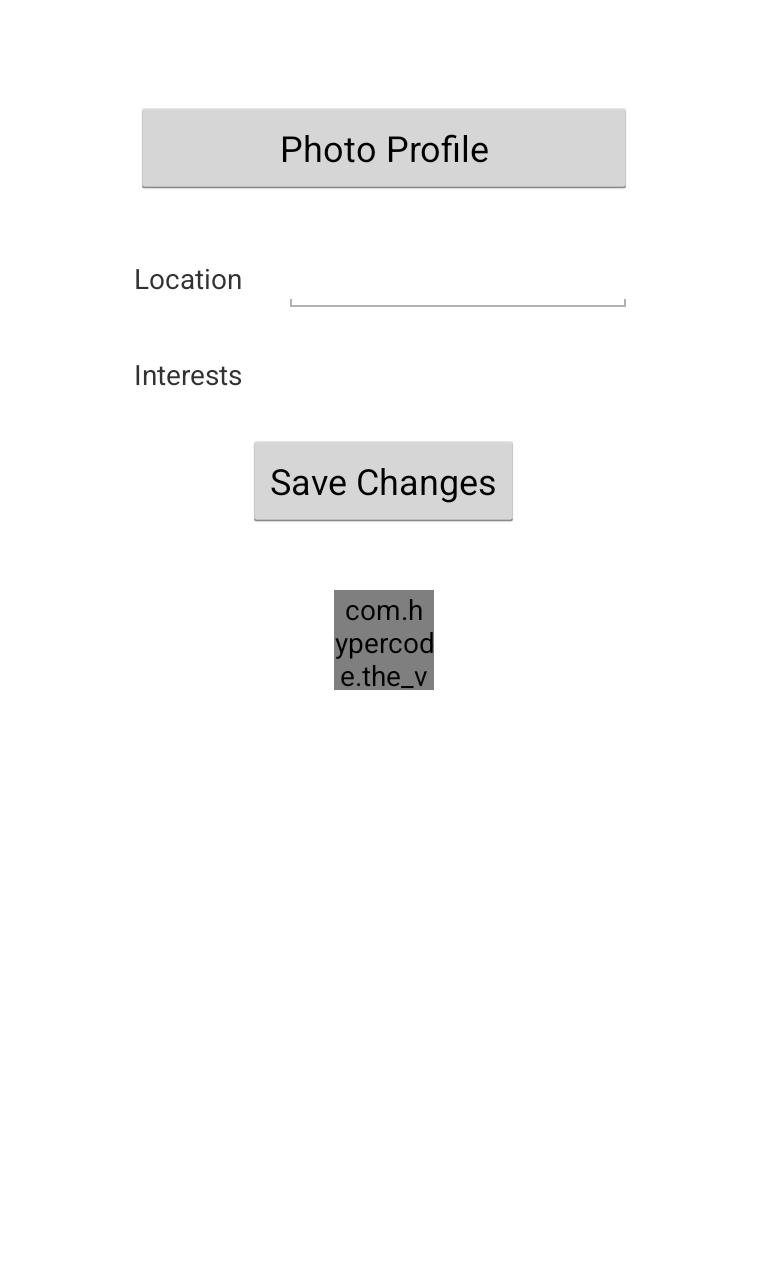
Repository: elvispap/The_Voice_of_People_Android_app
Layout: Voice of People/res/layout/profile_settings.xml
These files come from the project's save history. The layout is drawn as it stood at one moment and after the next save; the edit follows.
Pictures or frames that could not be fetched are drawn as grey boxes. It is drawn on a 768 x 1280 px phone screen (xhdpi) without system bars, with theme AppTheme; the app's code is not run.

Above is the layout before, as saved 2014-01-08 03:18:43.

### Voice of People/res/layout/profile_settings.xml
<?xml version="1.0" encoding="utf-8"?>
<FrameLayout xmlns:android="http://schemas.android.com/apk/res/android"
  android:layout_width="fill_parent"
  android:layout_height="fill_parent">
<LinearLayout android:id="@+id/container"
    android:layout_width="match_parent"
    android:layout_height="match_parent"
    android:orientation="vertical" >

    <LinearLayout android:layout_width="250dp"
	    android:layout_height="wrap_content"
	    android:orientation="vertical"
	    android:layout_gravity="center_horizontal"
	    android:layout_marginTop="50dp">

        <Button
        android:id="@+id/button1"
        android:layout_width="match_parent"
        android:layout_height="wrap_content"
        android:text="Photo Profile"
        android:layout_gravity="center_horizontal" />

    </LinearLayout>



    <LinearLayout android:layout_width="250dp"
	    android:layout_height="wrap_content"
	    android:orientation="horizontal"
	    android:layout_gravity="center_horizontal"
	    android:layout_marginTop="20dp">

        <TextView
            android:id="@+id/textView1"
            android:layout_width="wrap_content"
            android:layout_height="wrap_content"
            android:text="Location" />
	    <EditText
	        android:id="@+id/location"
	        android:layout_width="match_parent"
	        android:layout_height="wrap_content"
	        android:ems="10"
	        android:layout_marginLeft="20dp"/>



    </LinearLayout>

    <LinearLayout android:layout_width="250dp"
	    android:layout_height="wrap_content"
	    android:orientation="horizontal"
	    android:layout_gravity="center_horizontal"
	    android:layout_marginTop="20dp">
			   <TextView
		            android:id="@+id/textView1"
		            android:layout_width="wrap_content"
		            android:layout_height="wrap_content"
		            android:text="Interests" />

	            <LinearLayout android:id="@+id/interests"
	                android:layout_width="250dp"
				    android:layout_height="wrap_content"
				    android:orientation="vertical"
				    android:layout_gravity="center_horizontal"
				    android:layout_marginLeft="20dp">



			</LinearLayout>
     </LinearLayout>

    <Button
        android:id="@+id/save"
        android:layout_width="wrap_content"
        android:layout_height="wrap_content"
        android:layout_gravity="center_horizontal"
        android:layout_marginTop="20dp"
        android:text="Save Changes"
        android:onClick="save_preferences"/>


   </LinearLayout>
    <com.hypercode.the_voice_of_people.GIFView
        android:layout_gravity="center"

        android:layout_width="50dp"
        android:layout_height="50dp"
        android:id="@+id/GIFLoader">
     </com.hypercode.the_voice_of_people.GIFView>
</FrameLayout>

Loaded but not shown: Voice of People/res/values/styles.xml (common file); Voice of People/res/values-v11/styles.xml (common file); Voice of People/res/values-v14/styles.xml (common file)

After the next save:
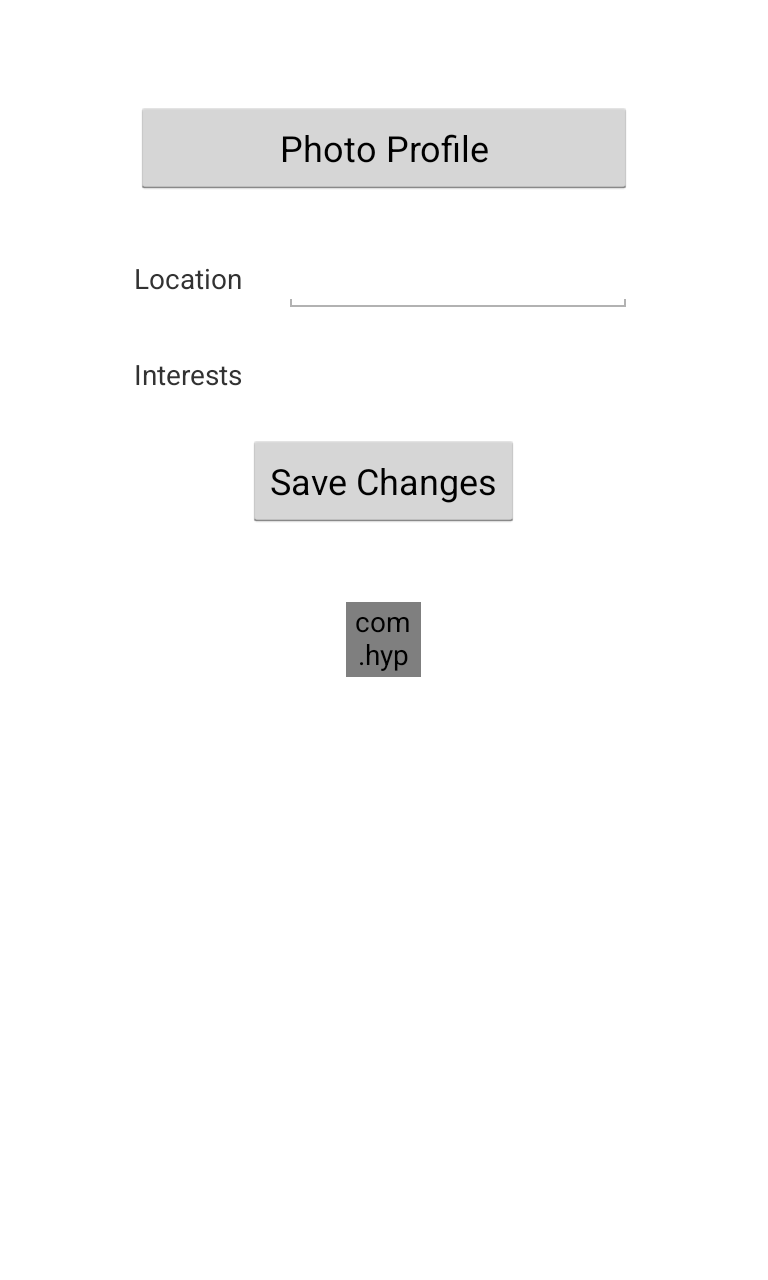
Saved 4 min 20 s later.
--- a/Voice of People/res/layout/profile_settings.xml
+++ b/Voice of People/res/layout/profile_settings.xml
@@ -83,8 +83,8 @@
     <com.hypercode.the_voice_of_people.GIFView
         android:layout_gravity="center"
 
-        android:layout_width="50dp"
-        android:layout_height="50dp"
+        android:layout_width="75px"
+        android:layout_height="75px"
         android:id="@+id/GIFLoader">
      </com.hypercode.the_voice_of_people.GIFView>
 </FrameLayout>
